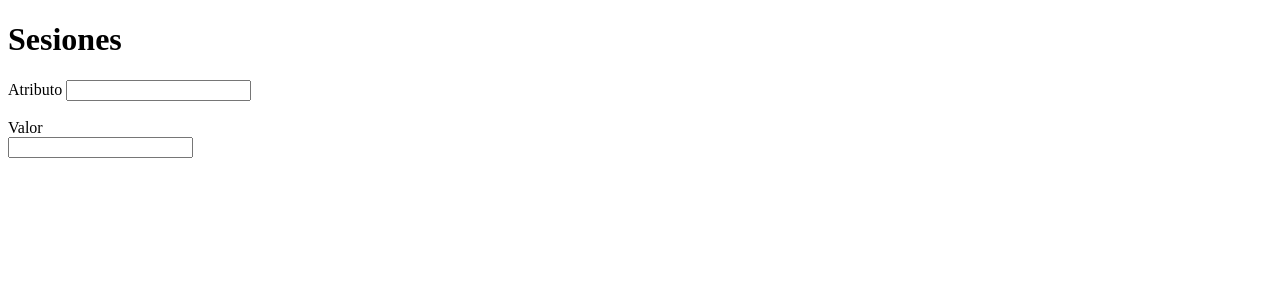
Repository: cgg25/javaee
Page: Sessiones/WebContent/index.html
An editor plug-in stored every save of this project. The page is shown before and after the next save, followed by the edit.
The browser window is 1280 px wide. The pictures show the whole page.

Above is the page before, as saved 2017-02-16 18:42:51.

After the next save:
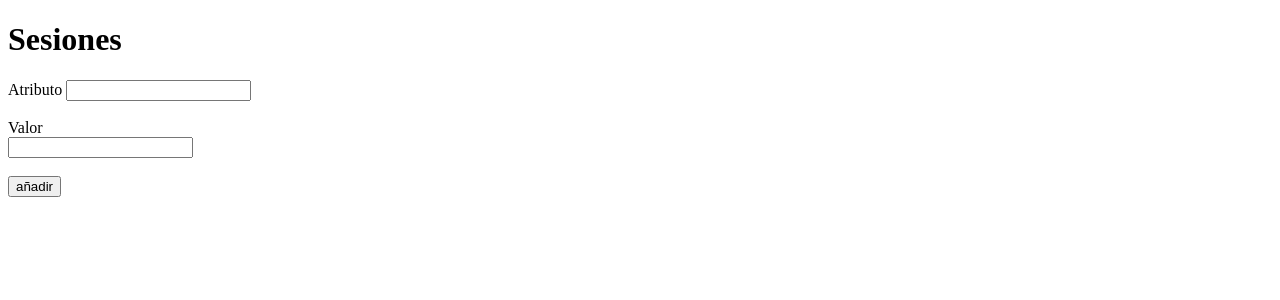
Saved 13 s later.
--- a/Sessiones/WebContent/index.html
+++ b/Sessiones/WebContent/index.html
@@ -12,6 +12,7 @@
 		<br><br>
 		<label>Valor</label><br>
 		<input type="text" name="valor"><br><br>
+		<input type="submit" value="añadir">
 	</form>
 </body>
 </html>
